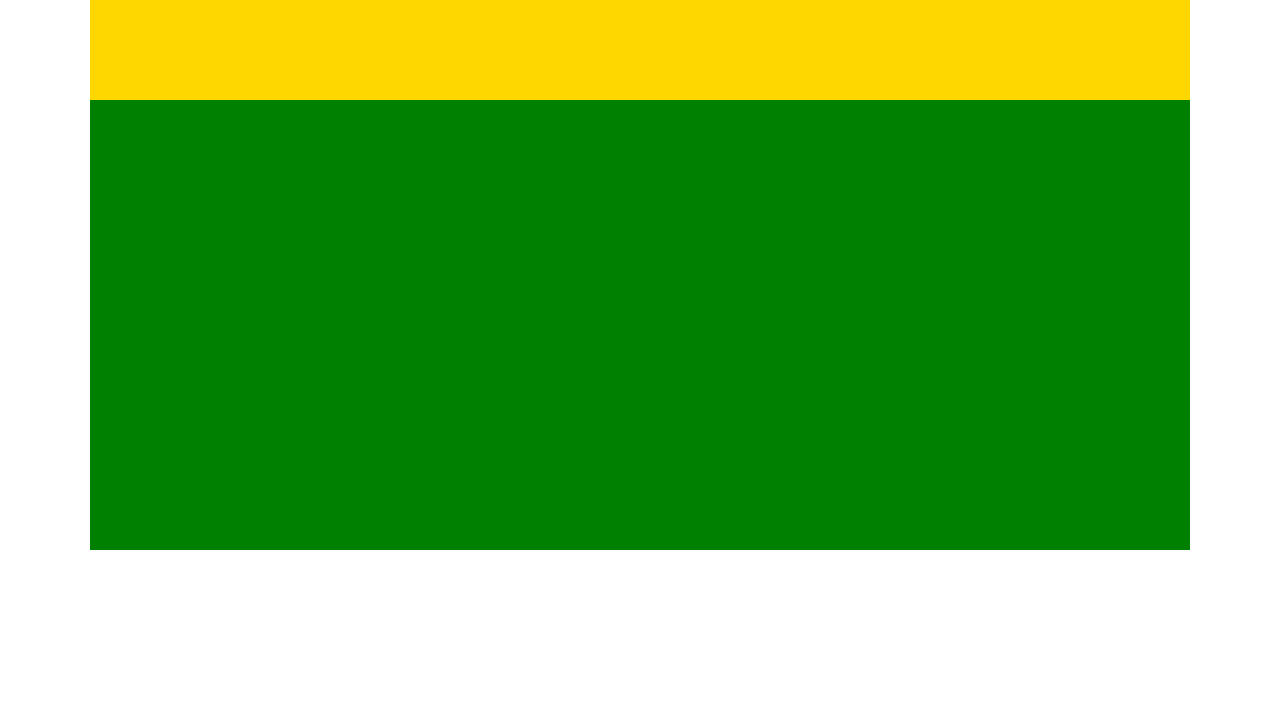
Repository: Hotmintchoco/SpringStudy
Page: HtmlTest/src/main/webapp/index3.html
An editor plug-in stored every save of this project. The page is shown before and after the next save, followed by the edit.
The browser window is 1280 px wide. The pictures show the whole page.

Above is the page before, as saved 2022-05-03 07:26:25.

### HtmlTest/src/main/webapp/index3.html
<!DOCTYPE html>
<html>
<head>
<meta charset="EUC-KR">
<title>Insert title here</title>
<style>
	body {
		margin: 0; padding: 0; font-family: "맑은 고딕";
	}
	ul,ol,li {list-style: none; margin: 0; padding: 0;}

	header {
		width: 1100px; height: 100px; background-color: gold; margin: 0 auto;
	}
	#slider {
		width: 1100px; height: 450px; background-color: green; margin: 0 auto;
	}
</style>
</head>
<body>
	<header></header>

	<div id="slider"></div>

	<section></section>
</body>
</html>

After the next save:
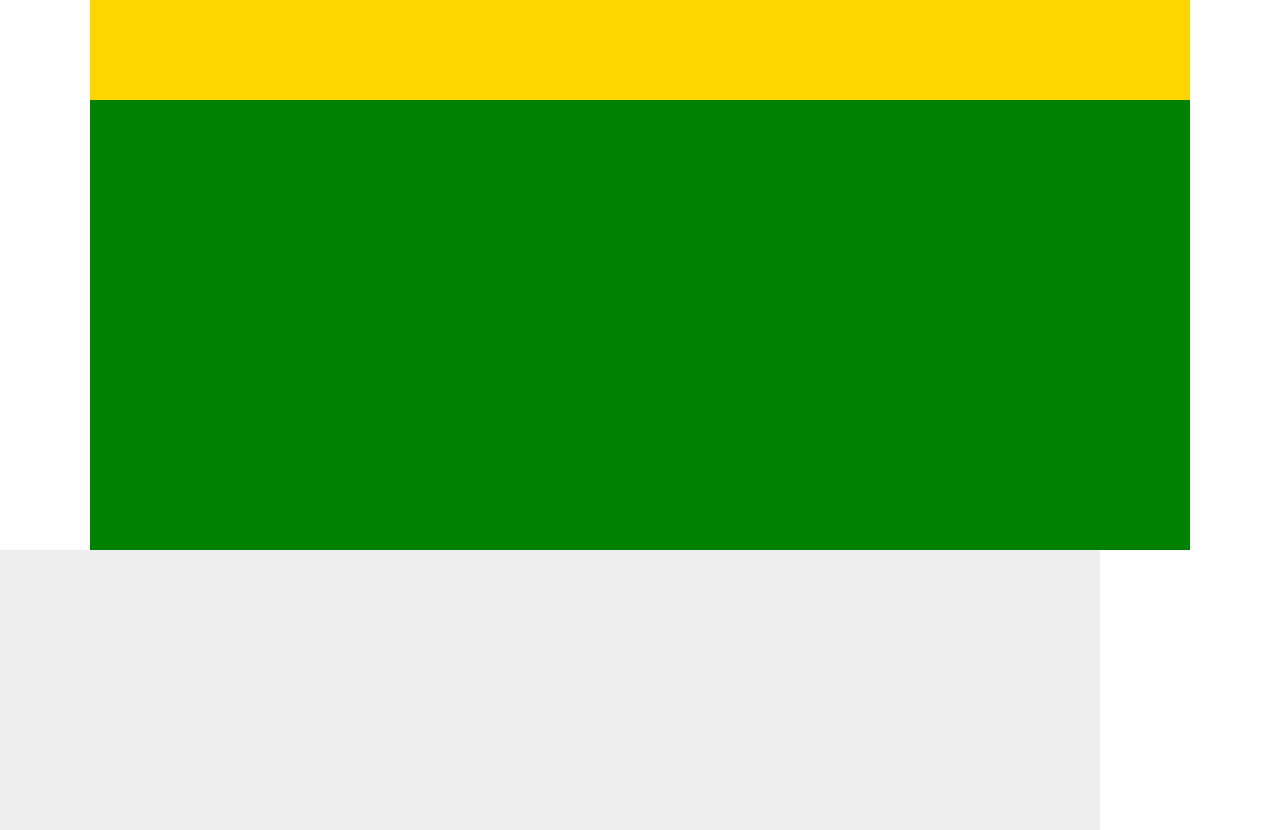
Saved 94 s later.
--- a/HtmlTest/src/main/webapp/index3.html
+++ b/HtmlTest/src/main/webapp/index3.html
@@ -15,6 +15,9 @@
 	#slider {
 		width: 1100px; height: 450px; background-color: green; margin: 0 auto;
 	}
+	section {
+		width: 1100px; height: 280px; background-color: #eee;
+	}
 </style>
 </head>
 <body>
